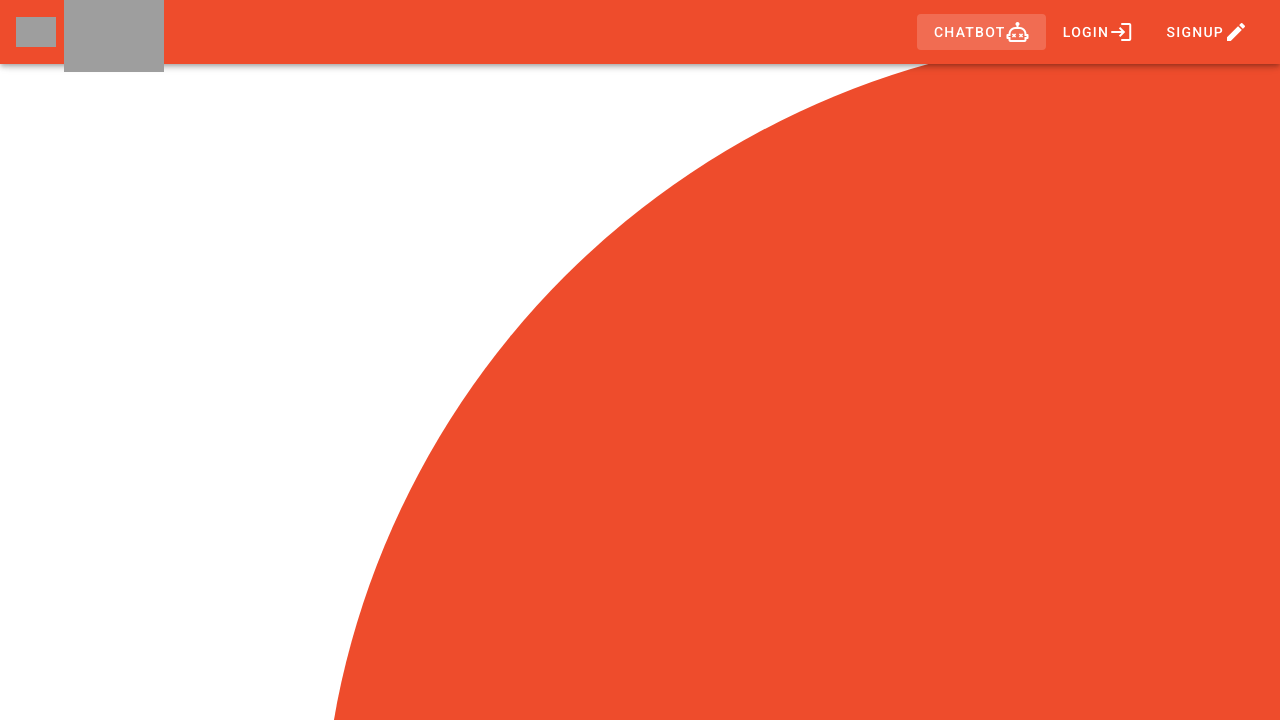
Repository: atout811/pyTorch-Hackathon
Page: /chatbot (app in frontend/)
The author's editor kept a copy of each file at every save. The page is drawn from the files as they stood at one save, then again after the next save.
The browser window is 1280 px wide. The pictures show the whole page.
Pictures or frames that could not be fetched are drawn as grey boxes. The project was rebuilt for these pictures with package versions that can differ from the ones it lists, and the page was loaded fresh each time. Also part of the build but not shown: frontend/vue.config.js, frontend/src/views/Home.vue.

Above is the page before, as saved 2021-10-21 14:44:53.

After the next save:
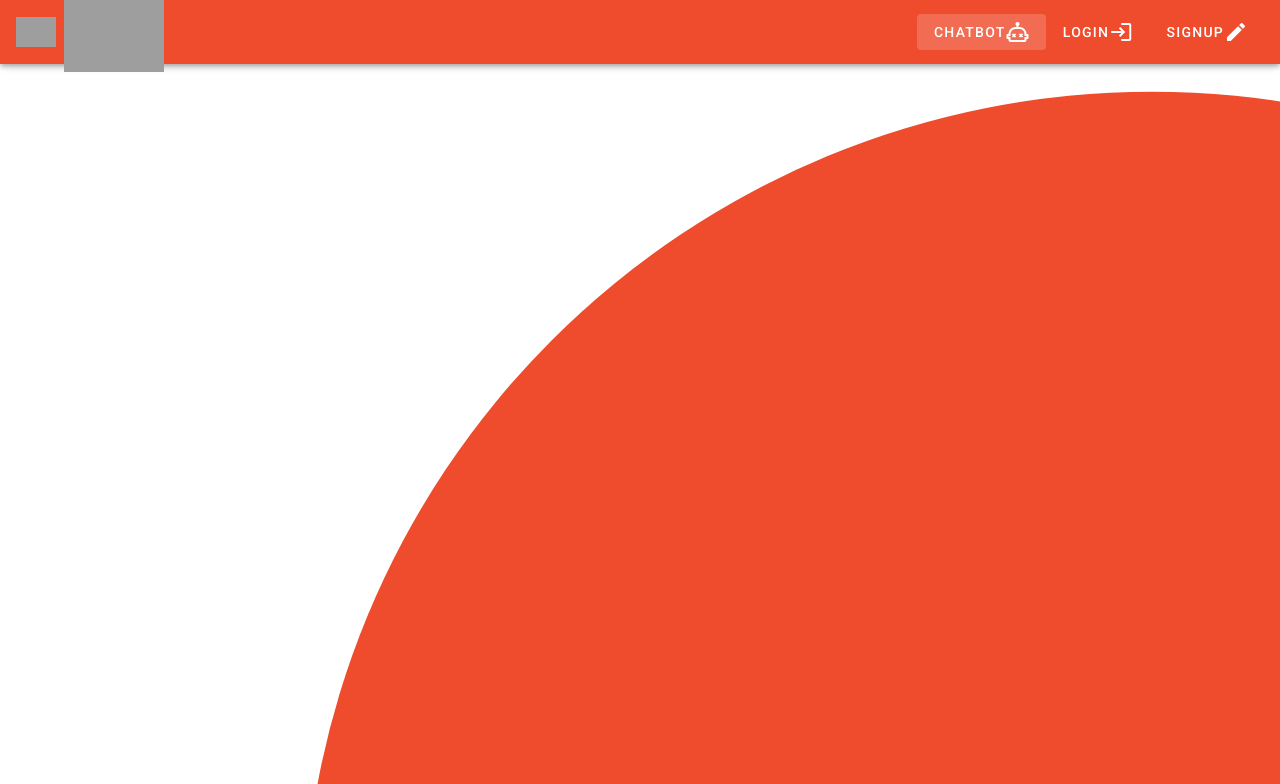
Saved 2 min 56 s later.
--- a/frontend/src/views/Chatbot.vue
+++ b/frontend/src/views/Chatbot.vue
@@ -1,4 +1,6 @@
-<template></template>
+<template>
+  <div class="container"></div>
+</template>
 
 <script>
 export default {
@@ -12,4 +14,8 @@ export default {
 </script>
 
 <style>
+.container {
+  height: 100vh;
+  width: 100vw;
+}
 </style>
